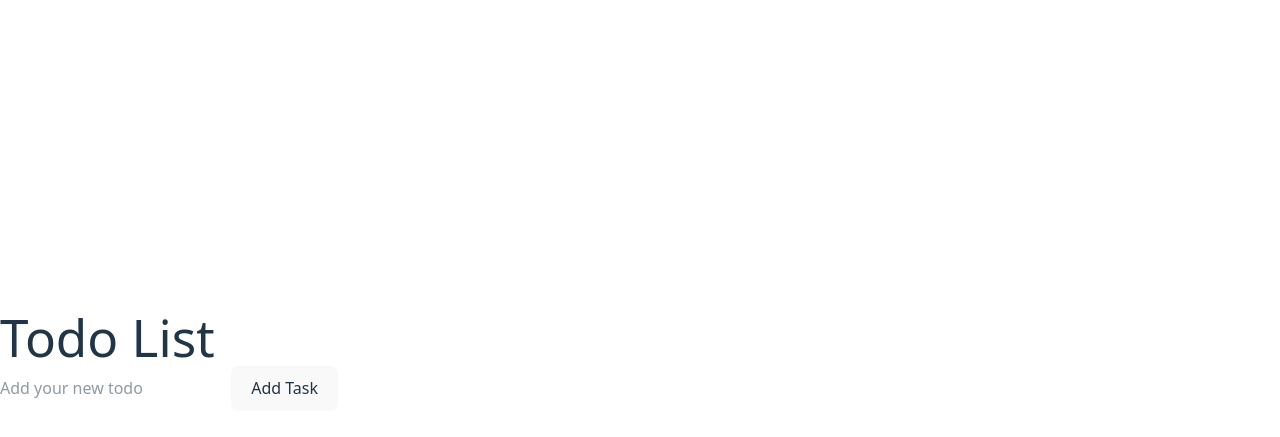
Repository: rushikesh-kolpe21/React_lectures
Page: / (app in React_bun/)
The author's editor kept a copy of each file at every save. The page is drawn from the files as they stood at one save, then again after the next save.
The browser window is 1280 px wide. The pictures show the whole page.
The project was rebuilt for these pictures with package versions that can differ from the ones it lists, and the page was loaded fresh each time. Also part of the build but not shown: React_bun/vite.config.js, React_bun/src/components/DericedState.jsx, React_bun/src/components/EventProps.jsx, React_bun/src/components/SeriesCards.jsx, React_bun/src/components/Netflix.jsx, React_bun/src/components/Profile.jsx, React_bun/src/components/ToogleSwitch.jsx.

Above is the page before, as saved 2025-12-05 11:21:09.

### React_bun/src/main.jsx
import { StrictMode } from 'react'
import { createRoot } from 'react-dom/client'
import './index.css'
import {App} from './App.jsx'

createRoot(document.getElementById('root')).render(
  <StrictMode>
    <App />
  </StrictMode>,
)

### React_bun/src/App.jsx
import { DericedState } from "./components/DericedState";
import { EventProps } from "./components/EventProps";
import { Netflix } from "./components/Netflix";
import { Profile } from "./components/Profile";
import { ToogleSwitch } from "./components/ToogleSwitch";
import { Todo } from "./projects/Todo/Todo";

 export const App =()=> {

  const age = 17;

  return(
    <>
    {/* <Netflix/> */}
    {/* <Profile/> */}
    {/* <EventProps/> */}
    {/* <DericedState/> */}
    {/* <ToogleSwitch/> */}
    <section>{<Todo />}</section>
    </>
  )
}

### React_bun/src/projects/Todo/Todo.jsx
import {useState} from "react";

export const Todo = ()=> {

    const [inputData, setInputData] = useState("");

    // Handle input change
    const handleInputChange = (event)=>{
        setInputData(event.target.value);// inputData state ko new data (user ne jo type kiya) se update kar raha hai.
    };

    // Handle form submission
    const handleFormSubmit = ( event) => {
        event.preventDefault(); // Prevent the default form submission behavior
        console.log("Form submitted with data:", inputData);
    }


    return (
        <section>
           <header>
            <h1>Todo List</h1>
           </header>
           <section>
            <form onSubmit={handleFormSubmit} >
                <div>
                    <input
                    type="text"
                    placeholder="Add your new todo"
                    value= {inputData} // for give react control on input field and set value from state
                    onChange={handleInputChange}
                    />
                    <button type="submit">Add Task</button>
                </div>
            </form>
           </section>
        </section>
    )
}

Loaded but not shown: React_bun/index.html (common file); React_bun/src/index.css (common file)

After the next save:
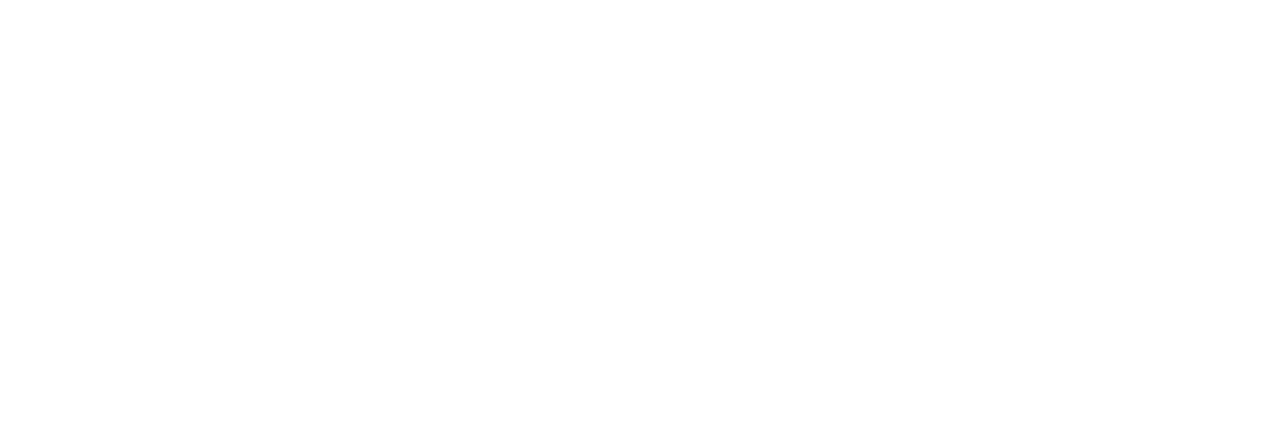
Console error: ReferenceError: onBtnSubmit is not defined
Saved 3 min 59 s later.
--- a/React_bun/src/projects/Todo/Todo.jsx
+++ b/React_bun/src/projects/Todo/Todo.jsx
@@ -30,7 +30,7 @@
                     value= {inputData} // for give react control on input field and set value from state
                     onChange={handleInputChange}
                     />
-                    <button type="submit">Add Task</button>
+                    <button onSubmit={onBtnSubmit} type="submit">Add Task</button>
                 </div>
             </form>
            </section>

After the save that followed:
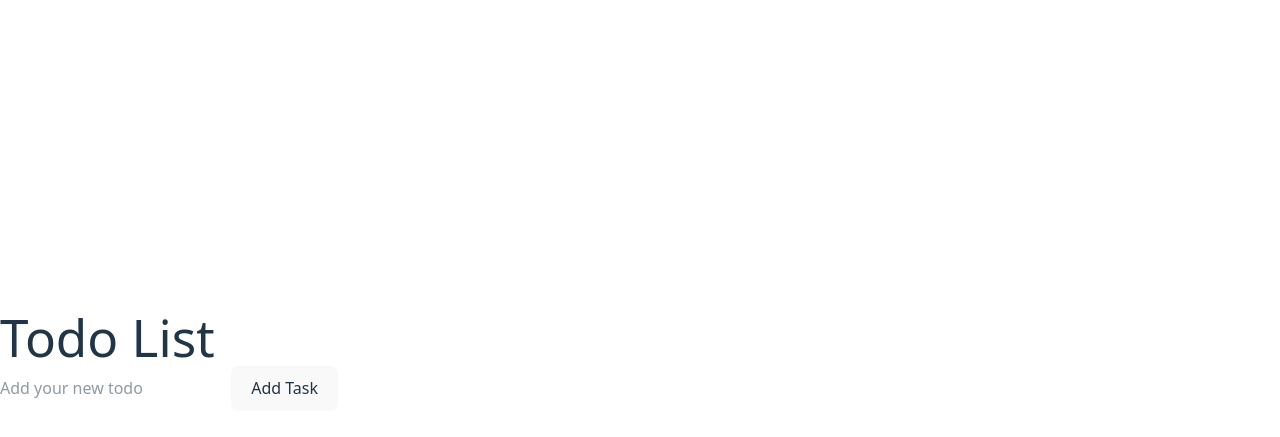
The error is gone.
Saved 91 s later.
--- a/React_bun/src/projects/Todo/Todo.jsx
+++ b/React_bun/src/projects/Todo/Todo.jsx
@@ -13,6 +13,11 @@
     const handleFormSubmit = ( event) => {
         event.preventDefault(); // Prevent the default form submission behavior
         console.log("Form submitted with data:", inputData);
+    }
+
+    // Handle button submit
+    const onBtnSubmit = () => {
+        setInputData(""); // Clear the input field after submission
     }
 
 
